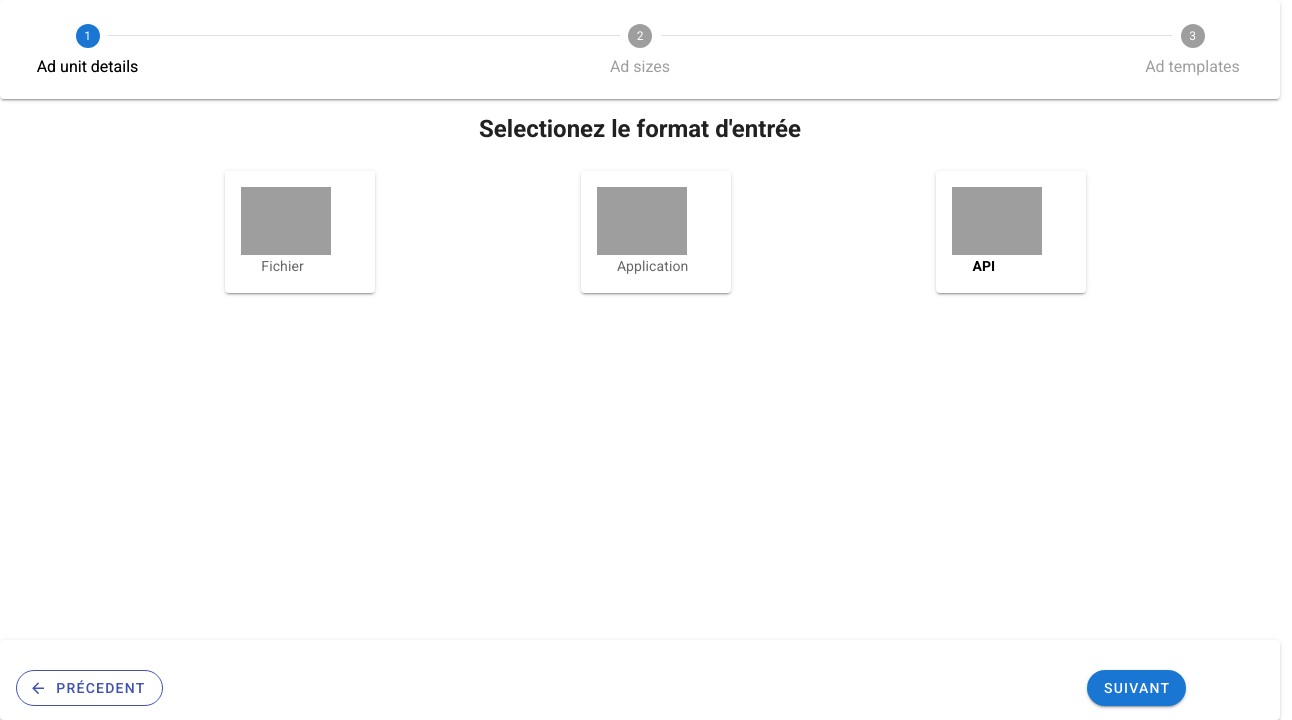
Repository: SidneyHodieb/myc
Page: /addsource/format
The author's editor kept a copy of each file at every save. The page is drawn from the files as they stood at one save, then again after the next save.
The browser window is 1280 px wide. The page is 1292 px wide, so the pictures cover 1292 px, including what lies to the right of the window. The pictures show the whole page.
Pictures or frames that could not be fetched are drawn as grey boxes. The project was rebuilt for these pictures with package versions that can differ from the ones it lists, and the page was loaded fresh each time. Also part of the build but not shown: vue.config.js, src/views/Home.vue, src/views/addSource/components/card.vue, src/views/addSource/components/trigger.vue.

Above is the page before, as saved 2021-04-04 13:35:32.

### src/App.vue
<template>
  <v-app>
    <v-main>
      <router-view></router-view>
    </v-main>
  </v-app>
</template>

<script>

export default {
  name: 'App',
  data: () => ({
    //
  }),
};
</script>

### src/router/index.js
import Vue from 'vue'
import VueRouter from 'vue-router'
import Home from '../views/Home.vue'
import addSource from '../views/addSource/column'
import format from '../views/addSource/components/format'
import card from '../views/addSource/components/card'
import trigger from '../views/addSource/components/trigger'

Vue.use(VueRouter)

const routes = [
  {
    path: '/',
    name: 'Home',
    component: Home
  },
  {
    path: '/addsource',
    name: 'addSource',
    component: addSource,
    children: [
      {
        path: 'format',
        component: format
      },
      {
        path: 'card',
        component: card
      },
      {
        path: 'trigger',
        component: trigger
      }
    ]
  },
  {
    path: '/about',
    name: 'About',
    // route level code-splitting
    // this generates a separate chunk (about.[hash].js) for this route
    // which is lazy-loaded when the route is visited.
    component: function () {
      return import(/* webpackChunkName: "about" */ '../views/About.vue')
    }
  }
]

const router = new VueRouter({
  mode: 'history',
  base: process.env.BASE_URL,
  routes
})

export default router

### src/views/addSource/column.vue
<template>
  <div>
    <!-- Header -->
      <v-stepper alt-labels>
          <v-stepper-header>
            <v-stepper-step step="1">
              Ad unit details
            </v-stepper-step>

            <v-divider></v-divider>

            <v-stepper-step step="2">
              Ad sizes
            </v-stepper-step>

            <v-divider></v-divider>

            <v-stepper-step step="3">
              Ad templates
            </v-stepper-step>
          </v-stepper-header>
        </v-stepper>

        <!-- Content -->
        <router-view></router-view>
        <!--Footer  -->

<v-card class="card-bottom">

    <v-row>
       <v-col>
       <v-btn
       class="ml-4"
      rounded
      outlined
      color="indigo"
    >
     <v-icon left>
        mdi-arrow-left
      </v-icon>
      Précedent
    </v-btn>
       </v-col>

  <v-col offset-md="8" offset-sm="8">
      <v-btn
      rounded
      color="primary"
      dark
    >
      Suivant
    </v-btn>
      </v-col>
      </v-row>
    </v-card>

  </div>
</template>

<script>
export default {

}
</script>

<style lang="scss" scoped>

.card-bottom{
  position: absolute;bottom: 0;width:100%; height: 50px; padding-bottom:50px; padding-top:30px
}

</style>

### src/views/addSource/components/format.vue
<template>
  <v-container fluid grid-list-md>
    <v-row>
      <v-col md="12" sm="12" class="text-center">
        <h2>Selectionez le format d'entrée</h2>
      </v-col>
      <v-col offset-md="2">
        <v-card width="150">
          <v-card-text>
            <div>
          <v-img
           width="90"
            src="https://www.flaticon.com/svg/vstatic/svg/786/786788.svg?token=exp=1617473650~hmac=f02174a0ee444bdd71a855da4ad95c3d"
        ></v-img>
        <span class="textCard text--secondary">Fichier</span>
        </div>
         </v-card-text>
        </v-card>
      </v-col>
      <v-col>
        <v-card width="150">
          <v-card-text>
          <v-img
           width="90"
            src="https://www.flaticon.com/svg/vstatic/svg/2306/2306016.svg?token=exp=1617475854~hmac=35e4e709fb9fa1338bb7b9cd5032613a"
        ></v-img>
         <span class="textCard text--secondary">Application</span>
         </v-card-text>
        </v-card>
      </v-col>
      <v-col>
        <v-card width="150">
           <v-card-text>
          <v-img
           width="90"
            src="https://www.flaticon.com/svg/vstatic/svg/994/994152.svg?token=exp=1617476036~hmac=b132b4a2ee4139281536cfde68b7345e"
        ></v-img>
         <span class="textCard font-weight-bold">API</span>
         </v-card-text>
        </v-card>
      </v-col>
    </v-row>
  </v-container>
</template>

<script>
export default {
  data () {
      return {
        checkbox: true,
      }
    },
}
</script>

<style lang="scss" scoped>

.checkbox-round {
    width: 1.3em;
    height: 1.3em;
    background-color: white;
    border-radius: 50%;
    vertical-align: middle;
    border: 1px solid #ddd;
    -webkit-appearance: none;
    outline: none;
    cursor: pointer;
};

.textCard{
    color:black;
    margin-left:20px;
    margin-top:10px
}

</style>

Loaded but not shown: public/index.html (common file); src/main.js (common file); src/store/index.js (common file); src/plugins/vuetify.js (common file)

After the next save:
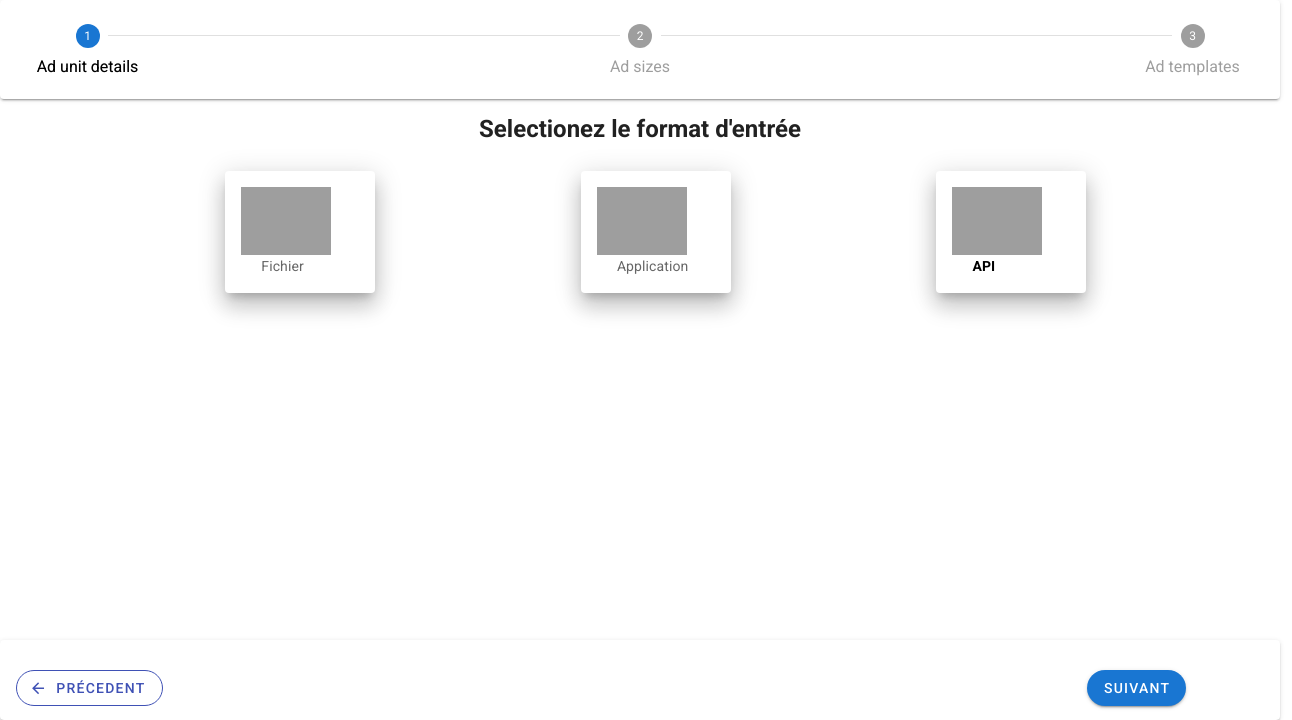
Saved 5 min 58 s later.
--- a/src/views/addSource/components/format.vue
+++ b/src/views/addSource/components/format.vue
@@ -5,7 +5,7 @@
         <h2>Selectionez le format d'entrée</h2>
       </v-col>
       <v-col offset-md="2">
-        <v-card width="150">
+        <v-card elevation="14" width="150">
           <v-card-text>
             <div>
           <v-img
@@ -18,7 +18,7 @@
         </v-card>
       </v-col>
       <v-col>
-        <v-card width="150">
+        <v-card elevation="14" width="150">
           <v-card-text>
           <v-img
            width="90"
@@ -29,7 +29,7 @@
         </v-card>
       </v-col>
       <v-col>
-        <v-card width="150">
+        <v-card elevation="14" width="150">
            <v-card-text>
           <v-img
            width="90"
